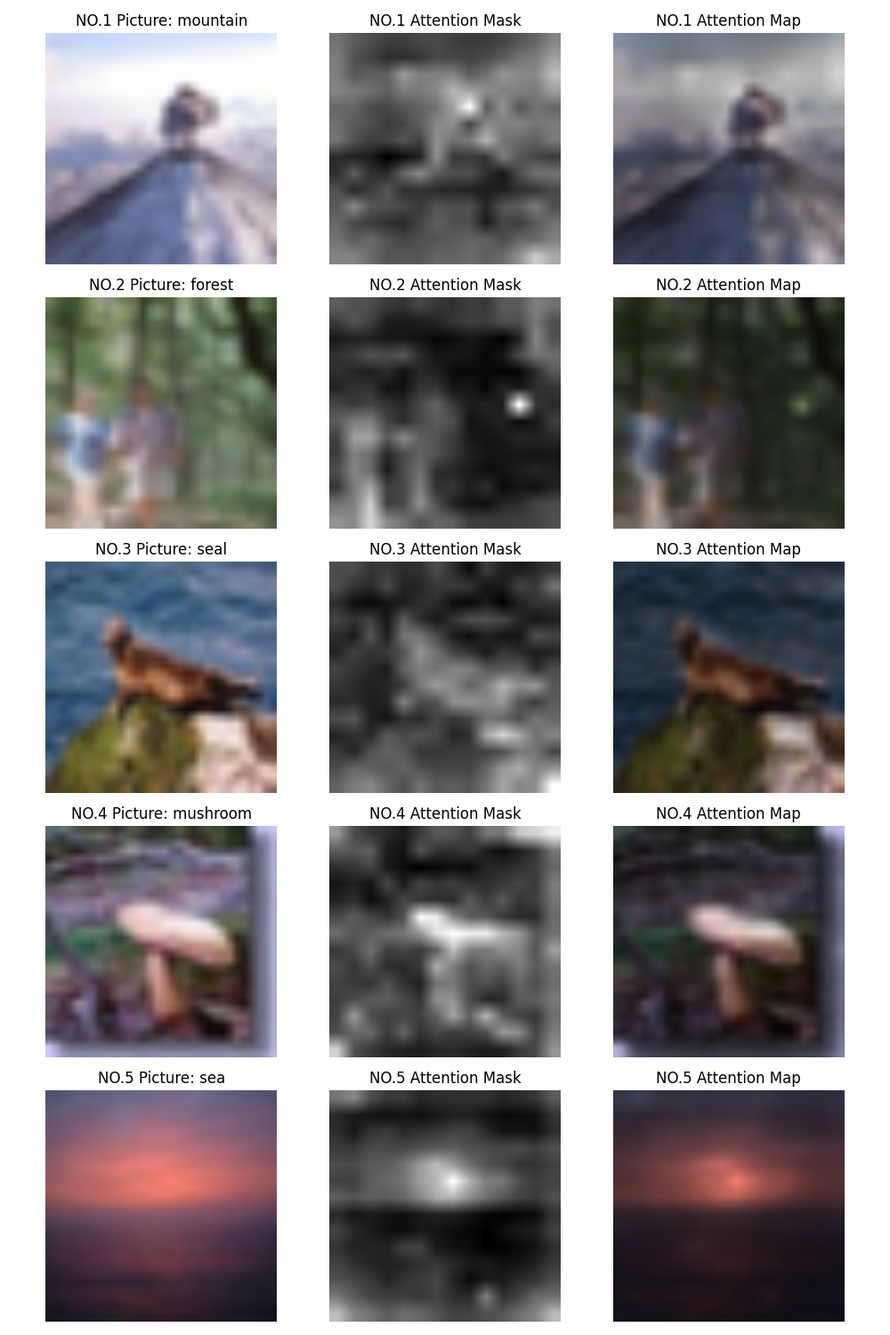
Repository: ginnux/vit
Script's output: python figure/visual.py
These files come from the project's save history. The script's output is drawn as it stood at one moment and after the next save; the edit follows.
The pictures are shown at 89% of full size.
Random numbers start from a fixed seed. It also reads figure/large.pkl.

Above is the script's output before, as saved 2024-06-24 22:57:52.

After the next save:
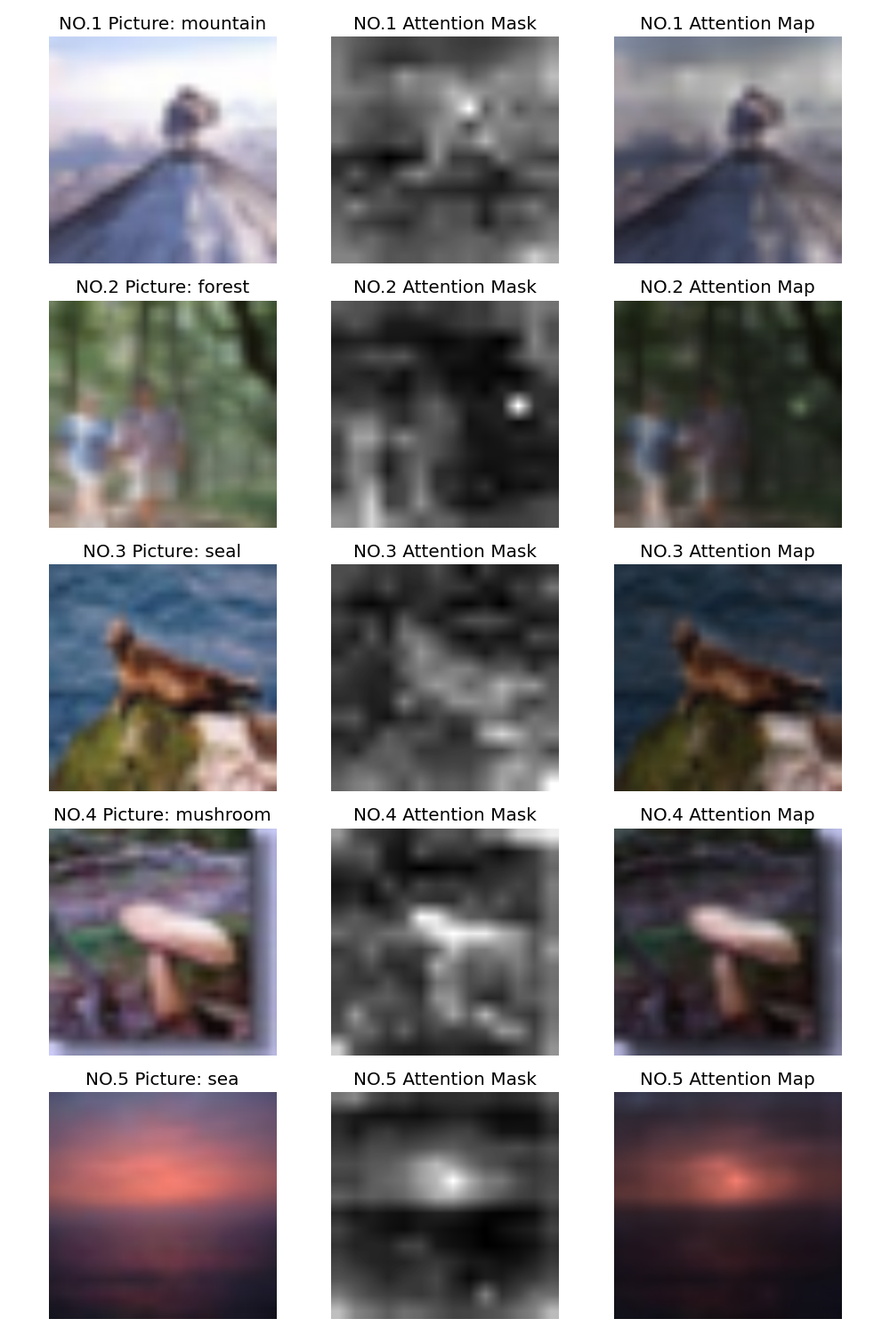
Saved 16 min 52 s later.
--- a/figure/visual.py
+++ b/figure/visual.py
@@ -9,7 +9,7 @@ with open("figure/large.pkl", "rb") as f:
 # Plot
 im_list, mask_list, result_list, label_list = data
 
-plt.rcParams["font.size"] = 10
+plt.rcParams["font.size"] = 12
 plt.rcParams["font.family"] = "Times New Roman"
 num = len(im_list)
 
